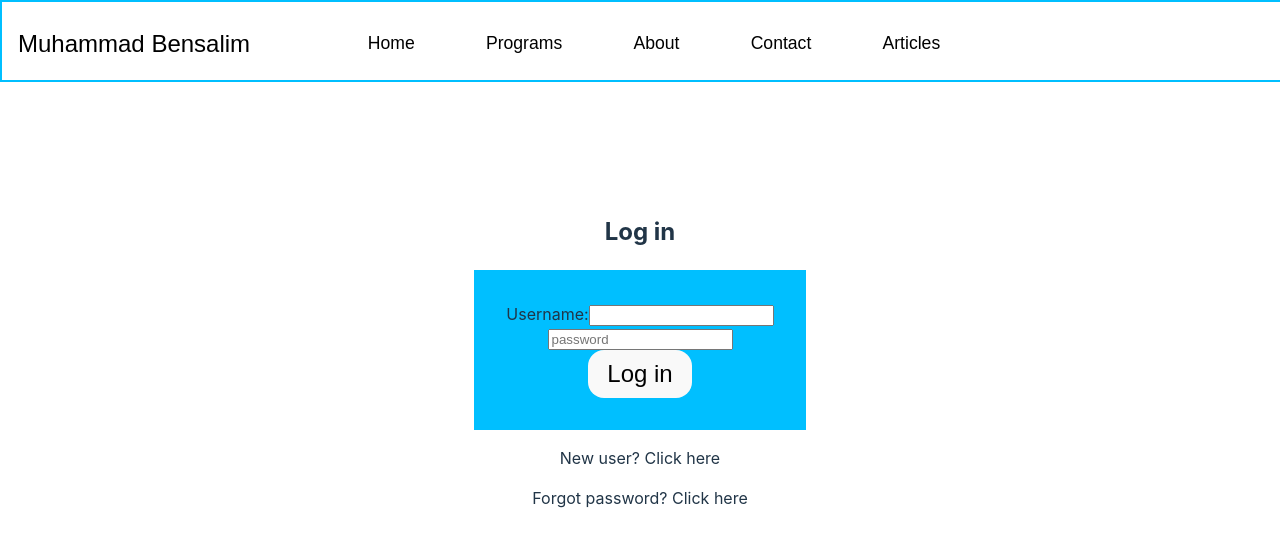
Repository: TMuse333/fitness_templates
Page: /progress
An editor plug-in stored every save of this project. The page is shown before and after a run of saves, followed by the edit.
The browser window is 1280 px wide. The pictures show the whole page.
The project was rebuilt for these pictures with package versions that can differ from the ones it lists, and the page was loaded fresh each time. Also part of the build but not shown: vite.config.js, src/components/herobanner/herobanner.css, src/components/herobanner/herobanner.jsx, src/components/about/about.css, src/components/about/about.jsx, src/components/serviceOffering/serviceOffering.css, src/components/serviceOffering/serviceOffering.jsx, src/data/data.js and 33 more. Imported but missing from the stored project, and not drawn on this page: src/media/best_dunk.mp4.

Above is the page before, as saved 2024-03-09 19:25:07.

### src/main.jsx
import './index.css'
import * as React from 'react';
import { StrictMode } from 'react';
import { createRoot } from 'react-dom/client';
import { BrowserRouter } from 'react-router-dom';

import App from './App';

const rootElement = document.getElementById('root');
const root = createRoot(rootElement);

root.render(
  <StrictMode>
    <BrowserRouter>
      <App />
    </BrowserRouter>
  </StrictMode>
);

### src/index.css
:root {
  font-family: Inter, system-ui, Avenir, Helvetica, Arial, sans-serif;
  line-height: 1.5;
  font-weight: 400;

  color-scheme: light dark;
  color: rgba(255, 255, 255, 0.87);
  background-color: #242424;

  font-synthesis: none;
  text-rendering: optimizeLegibility;
  -webkit-font-smoothing: antialiased;
  -moz-osx-font-smoothing: grayscale;
}

a {
  font-weight: 500;

  text-decoration: inherit;
}
a:hover {

}

body {
  margin: 0;
  display: flex;
  place-items: center;
  min-width: 320px;
  min-height: 100vh;
}

h1 {
  font-size: 3.2em;
  line-height: 1.1;
}

button {
/* border: none;
  padding: 0.6em 1.2em;
  font-size: 1em;
  font-weight: 500;
  font-family: inherit;

  cursor: pointer;
  transition: border-color 0.25s;
  transition: all 0.3s ease-in; */
  background-color: #00bfff;

  font-size: 1.5rem;
  border-radius: 1rem;
  padding: 0.6rem 1.2rem;
  font-weight: 500;
  border: none;
  margin: 0 auto;
}
button:hover {
  /* transform: scale(1.3); */

}
button:focus,
button:focus-visible {
  outline: 4px auto -webkit-focus-ring-color;
}

@media (prefers-color-scheme: light) {
  :root {
    color: #213547;
    background-color: #ffffff;
  }
  a:hover {
    color: #747bff;
  }
  button {
    background-color: #f9f9f9;
  }
}

### src/App.jsx
import { useState } from 'react'

import './App.css'
import Homepage from '../pages/homepage'
import Program from '../pages/program';
import { BrowserRouter as Router, Route, Routes } from 'react-router-dom';
import Contact from '../pages/contact';
import About from '../pages/about';
import Articles from '../pages/articles';
import Progress from '../pages/progress';


function App() {
  const [count, setCount] = useState(0)

  return (
    <>
    <Routes>
      <Route path='/'
        element={<Homepage/>}
        />
        <Route path='programs'
        element={<Program/>}
        />
        <Route path='contact'
        element={<Contact/>}
        />
        <Route path='about'
        element={<About/>}
        />
        <Route path='articles'
        element={<Articles/>}
        />
        <Route path='progress'
        element={<Progress/>}
        />
    </Routes>

    </>
  )
}

export default App

### src/App.css
#root {
  max-width: 1280px;
  margin: 0 auto;
  padding: 2rem;
  text-align: center;
}

.logo {
  height: 6em;
  padding: 1.5em;
  will-change: filter;
  transition: filter 300ms;
}
.logo:hover {
  filter: drop-shadow(0 0 2em #646cffaa);
}
.logo.react:hover {
  filter: drop-shadow(0 0 2em #61dafbaa);
}

.homepage{
  position: absolute;
  left:0;
  top:0;
  overflow-x: hidden;
  background: radial-gradient(circle at center, rgba(1, 181, 241, 0.7), rgba(24, 60, 84, 0.7));
}

.program-container, .personal-container, .articles-container{
  position: absolute;
  top:0;
  left:0;
  overflow-x: hidden;
}

.program-video{
  background-color: red;
}

.questions-list{
  margin-bottom: 3rem;
}



@keyframes logo-spin {
  from {
    transform: rotate(0deg);
  }
  to {
    transform: rotate(360deg);
  }
}

@media (prefers-reduced-motion: no-preference) {
  a:nth-of-type(2) .logo {
    animation: logo-spin infinite 20s linear;
  }
}

.card {
  padding: 2em;
}

.read-the-docs {
  color: #888;
}

### pages/progress.jsx
import React from "react";
import Navbar from "../src/components/navbar/navbar";
import Login from "../src/components/login/Login";



const Progress = () => {

    const links = [
        {
            dest:'/',
            name:'Home'
          },
        {
            dest:'programs',
            name:'Programs'
        },
        {
            dest:'about',
            name:'About'
        },
        {
            dest:'contact',
            name:'Contact'
        },
        {
            dest:'articles',
            name:"Articles"
        },

    ]

    return (<>
<Navbar links={links}
/>
       <Login/>
        </>

    )
}


export default Progress

### src/components/navbar/navbar.jsx
import React, { useState,useEffect } from 'react';
// import { FaArrowLeft, FaArrowRight } from 'react-icons/fa';
import { Link } from 'react-router-dom';
import './navbar.css'

import nobg from '../../media/quantum-striker-pose.png'





const Navbar = ({links,id}) => {
  const [subMenuVisible, setSubMenuVisible] = useState(false);
  const [isMobile, setIsMobile] = useState(true)
  const [hovered, setHovered] = useState(false)
  const [navHovered, setNavHovered] = useState(null)

  const handleMouseEnter = () => {
    setHovered(true)
  }

  const handleMouseLeave = () => {
    setHovered(false)
  }

  const handleNavEnter = (index) => {
    setNavHovered(index);
  };

  const handleNavLeave = () => {
    setNavHovered(null);
  };

  const toggleSubMenu = () => {

    setSubMenuVisible(!subMenuVisible);
  };


  useEffect(() => {
    // Function to update sub-menu visibility when the screen width changes
    const handleResize = () => {
      const screenWidth = window.innerWidth;
      setIsMobile(!(screenWidth >= 865)); // Set subMenuVisible to true if screen width is at least 415 pixels
    };

    // Add a resize event listener to update the sub-menu visibility
    window.addEventListener('resize', handleResize);

    // Initial call to set sub-menu visibility based on current screen width
    handleResize();

    // Clean up the event listener when the component unmounts
    return () => {
      window.removeEventListener('resize', handleResize);
    };
  }, []);

  const style = {
height: isMobile && !subMenuVisible ? '0px' :  isMobile ? '190px' : 'auto',
overflowY:'hidden',
width: isMobile ?'80px':'auto',
backgroundImage: isMobile ? 'linear-gradient(to right, #00bfff, #4db8ff, #64bcff, #00bfff)' : null,
transition: isMobile? 'height 0.3s ease-in,padding 0.3s ease-in' : null,
marginTop: isMobile ? '1rem' : null,
borderRadius:'10px',
paddingTop:subMenuVisible ?'1rem' : '0'



  };

  const navStyle = (index) => {

    return{
      backgroundColor: navHovered === index? '#00bfff' : null,
      padding:'0 0.55rem 0 0.55rem',
      borderRadius:'7px',
      // color:navHovered === index? '#6c5933' : null,
    }
  }

  const logoStyle = {
    transform: hovered || subMenuVisible? 'scale(1.3)' : 'scale(1)',
    width:'50px',
    transition:'all ease-in 0.3s',
    backgroundColor:'transparent',
    marginTop:'-1rem'
  }

  return (

    <div className='navbar-container'
    id={id}>
    <p
          className='big-logo'
          style={logoStyle}
          />
    <div className='navbar-logo'>

   <Link to='/'
   className='home-nav'>


        <p className='navbar-logo'
      >Muhammad Bensalim</p>
       </Link>

      </div>




      <div className='list-container'>
        <button onClick={toggleSubMenu}

        className='mini-logo'

        >



       <img style={logoStyle}
       onMouseEnter={handleMouseEnter}
       onMouseLeave={handleMouseLeave}
       src={nobg}

 />
        </button>
        <ul
        className='nav-list'
        style={style}

         >

          {links.map((link,index) => (
            <Link to={link.dest}
            key={index}
            className='nav-link'>
                <li
                onMouseEnter={()=>handleNavEnter(index)}
                onMouseLeave={()=>handleNavLeave()}
                style={navStyle(index)}>
                  {link.name}
                </li>
            </Link>
          ))}

        </ul>
      </div>




       </div>

  );
};

export default Navbar;

### src/components/login/Login.jsx
import React from "react";
import './login.css'

const Login = () => {
  return (
    <>
      <div className="login-container">
        <h2>Log in</h2>
        <div className="login-box">
          <form>
            <div className="form-group">
              <label htmlFor="username">Username:</label>
              <input type="text" id="username" name="username" />
            </div>

            <div className="form-group">

              <input type="password" id="password" name="password"
              placeholder="password" />
            </div>

            <button type="submit">Log in</button>
          </form>

        </div>
        <p>New user? Click here</p>
        <p>Forgot password? Click here</p>
      </div>
    </>
  );
};

export default Login;

### src/components/navbar/navbar.css
/* Add this to your navbar.css file */

.navbar-container{


    position: fixed;
     width: 100vw;

     top: 0px;
     left:0px;
     background:rgba(255, 255, 255, 0.7) ;

     height: 70px;
     z-index: 30;
  padding-top: 0.5rem;
  border-bottom: 2px solid #333;

    border: 2px solid #00bfff;

   }

   #overview-nav{
    background: radial-gradient(circle at center, rgba(0, 153, 205, 0.7), rgba(48, 115, 160, 0.9));
   }

   .big-logo{
     display: none;
   }

   .list-container {
    color:white;
    transform: translateY(-2.5rem);
    width:min-content;
    margin-left: auto;
    /* background-color: #BE9F5B; */
    margin-right: 2rem;
  /* background: linear-gradient(to right, #6c5933, #be9f5b, #6c5933);; */



   }

   .nav-list{
     /* margin-right: 2rem; */
     width: 50px;
     align-items: center;
     display:flex;
     flex-direction: column;
     margin-right: -1.5rem;
     color:black;
     /* background-color: #BE9F5B;
     background: linear-gradient(to right, #6c5933, #be9f5b, #6c5933); */
   }

   .home-nav{
    text-decoration: none;
   }

   .list-container li{
     list-style-type: none;
     /* transform: translateX(-25%); */
     padding:10px;
     color:black;
     font-weight: 500;
     transform: translateX(-1rem);
     font-family: 'Palatino Sans', 'Palatino Sans Informal', 'Palatino Sans Text', 'Palatino Sans W1G', 'Palatino Sans W01', sans-serif;
    text-decoration: none;
    margin-top: 0.5rem;
    margin-bottom: 1rem;
    /* color:white; */



     /* margin-top: -2rem; */

   }

   .list-container li a {
    text-decoration: none;
    color:white;
   }

   .mini-logo {
     display: flex;
     justify-content: center;
     align-items: center;
     margin-top: -1rem;
     height: 2.5rem;
     width: 2rem; /* Set the width and height to make it a perfect circle */
     padding: 0; /* Remove padding */
     border-radius: 50%; /* Make it circular */
     margin-left: auto;

     /* margin-right: auto; */
     background-color: transparent;
     border-color: transparent;



   }

   .navbar-logo{
     color:black;
     text-align: left;
     margin-left: 0.5rem;
     font-family: 'Abhaya Libre', sans-serif;
     font-size: 1.3rem;
     margin-top: 1.3rem;
     /* background-color: #BE9F5B; */
     /* background-image: url(src/media/SAINEY-MEDIA.png); */

   }

   .nav-button::before,
   .nav-button::after {
     content: '';
     position: absolute;
     background-color: #d15959; /* Set the color of the lines */
     height: 2px; /* Set the height of the lines */
     width: 10%; /* Set the width of the lines */
   }

   .nav-button::before {
     top: 5%;
   }

   .nav-button::after {
     top: 8%;
   }

  .nav-link{
  text-decoration: none;
  color:white;
  }

  @media screen and (min-width:400px){
    .mini-logo{
      margin-right: 1.5rem;
    }
  }



   @media screen and (min-width: 865px)  {
     .nav-list {
       display: flex;
       width:max-content;
       flex-direction: row;
       justify-content: space-between;
       padding:0 5px 0 5px;
       margin-top: -0.8rem;
       height:100%;
       /* transform: translateX(1rem); */
       /* background-color: rgb(38, 37, 79); */
       /* background-color: #d15959; */




       /* background-color: ; */
     }

     /* .navbar-container{
      width:98vw;
     } */

     .list-container{
      width:45vw;
      margin-top: -1.5rem;
     }

     .list-container li{
      font-size: 1.1rem;
      font-weight: 400;
     }



     .nav-button{
       /* display: none; */
     }

     .list-container li{
       transform: translateX(0rem);
       white-space: nowrap;
       padding:0;
     }

     .list-container{

       margin-left: auto;
       margin-right: auto;
     }

     .mini-logo{
       display: none;
     }

     .navbar-logo{
      font-size: 1.5rem;
      margin-top: 1rem;
     }

     .big-logo{
       position: absolute;
       right:2rem;
       display: flex;
       top:1rem;
     }

     /* .navbar-logo{
       display: none;
     } */
   }

### src/components/login/login.css
.login-box{
    background-color: #00bfff;
    padding:2rem;
}

Loaded but not shown: index.html (common file)

After the next 2 saves:
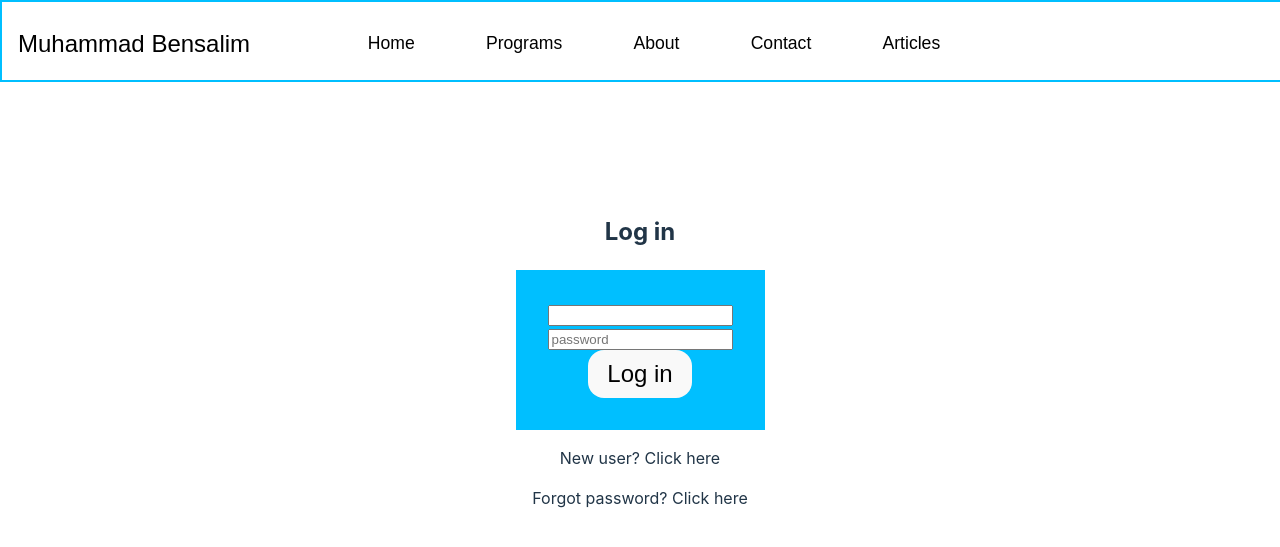
The 2 saves are shown as one change because they came seconds apart.
The last was saved 7 s later.
--- a/src/components/login/Login.jsx
+++ b/src/components/login/Login.jsx
@@ -9,8 +9,9 @@ const Login = () => {
         <div className="login-box">
           <form>
             <div className="form-group">
-              <label htmlFor="username">Username:</label>
-              <input type="text" id="username" name="username" />
+
+              <input type="text" id="username" name="username"
+              user/>
             </div>
 
             <div className="form-group">
